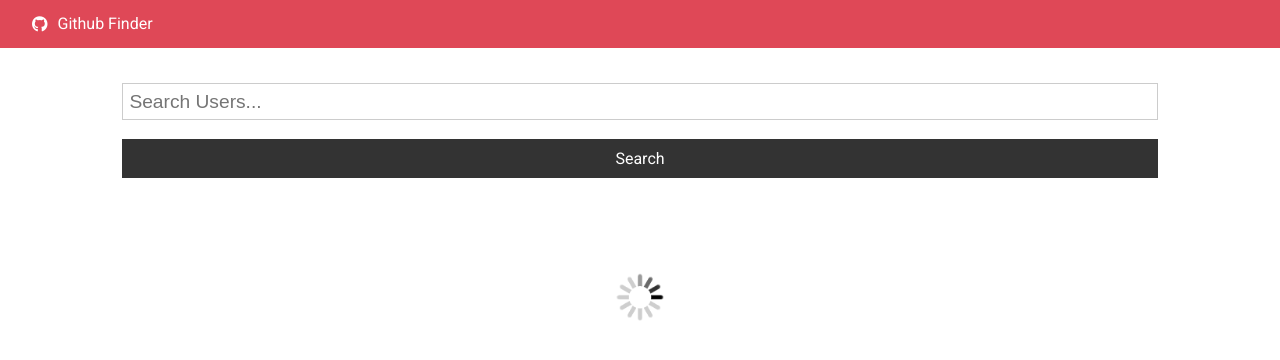
Repository: priyavmehta/Github-Finder
Page: /about
These files come from the project's save history. The page is drawn as it stood at one moment and after the next save; the edit follows.
The browser window is 1280 px wide. The pictures show the whole page.
The page's requests for data from a server got no answer. Some web libraries are served in a nearby version. The project was rebuilt for these pictures with package versions that can differ from the ones it lists, and the page was loaded fresh each time. No one was signed in, and anything a server would have sent is missing. Also part of the build but not shown: src/components/users/UserProfile.js, src/components/layout/Alert.js.

Above is the page before, as saved 2020-07-04 20:55:20.

### public/index.html
<!DOCTYPE html>
<html lang="en">
  <head>
    <meta charset="utf-8" />
    <link rel="icon" href="%PUBLIC_URL%/favicon.ico" />
    <meta name="viewport" content="width=device-width, initial-scale=1" />
    <meta name="theme-color" content="#000000" />
    <meta
      name="description"
      content="Web site created using create-react-app"
    />
    <link rel="apple-touch-icon" href="%PUBLIC_URL%/logo192.png" />
    <!--
      manifest.json provides metadata used when your web app is installed on a
      user's mobile device or desktop. See https://developers.google.com/web/fundamentals/web-app-manifest/
    -->
    <link rel="manifest" href="%PUBLIC_URL%/manifest.json" />
    <script src="https://kit.fontawesome.com/c3f9cf1e2c.js" crossorigin="anonymous"></script>

    <title>Github Finder</title>
  </head>
  <body>
    <noscript>You need to enable JavaScript to run this app.</noscript>
    <div id="root"></div>

  </body>
</html>

### src/App.js
import React,{ Component } from 'react';
import './App.css';
import Navbar from './components/layout/Navbar';
import Users from './components/users/Users';
import axios from 'axios'
import Search from './components/users/Search';
import Alert from './components/layout/Alert';


class App extends Component {

  state = {
    users : [],
    loading : false,
    clear : false,
    alert : null
  }

  async componentDidMount () {

    this.setState({
      loading : true
    })
    const res = await axios.get(`https://api.github.com/users?client_id=${process.env.REACT_APP_GITHUB_CLIENT_ID}&client_secret=${process.env.REACT_APP_GITHUB_CLIENT_SECRET}`);
    this.setState({
      users : res.data,
      loading : false
    })
  }

  searchUsers = async (text) => {

    this.setState({
      loading : true
    })
    const res = await axios.get(`https://api.github.com/search/users?q=${text}&client_id=${process.env.REACT_APP_GITHUB_CLIENT_ID}&client_secret=${process.env.REACT_APP_GITHUB_CLIENT_SECRET}`);
    this.setState({
      users : res.data.items,
      loading : false,
      clear : true
    })
    console.log(text)
  }

  clearUsers = async () => {

    this.setState({
      loading : true
    })
    const res = await axios.get(`https://api.github.com/users?client_id=${process.env.REACT_APP_GITHUB_CLIENT_ID}&client_secret=${process.env.REACT_APP_GITHUB_CLIENT_SECRET}`);
    this.setState({
      users : res.data,
      loading : false,
      clear : false
    })

  }

  setAlert = (msg, type) =>{
    this.setState ({ alert : { msg, type } })

    setTimeout (() => this.setState({ alert : null}), 5000)
  }

  render() {
    const { users, loading, clear } = this.state;

    return (
      <div className="App">
        <Navbar />

        <div className="container">
          <Alert alert = {this.state.alert}/>
          <Search
           searchUsers = {this.searchUsers}
           clearUsers = {this.clearUsers}
           showClear = {clear}
           setAlert = {this.setAlert}/>
          <Users loading = {loading} users = {users} />
        </div>
      </div>
    );
  }
}

export default App;

### src/App.css
@import url("https://fonts.googleapis.com/css?family=Roboto");

/* Global Styles */
:root {
  --primary-color: #dc3545;
  --dark-color: #333333;
  --light-color: #f4f4f4;
  --danger-color: #dc3545;
  --success-color: #28a745;
}

* {
  box-sizing: border-box;
  margin: 0;
  padding: 0;
}

body {
  font-family: "Roboto", sans-serif;
  font-size: 1rem;
  line-height: 1.6;
  background-color: #fff;
  color: #333;
}

a {
  color: var(--primary-color);
  text-decoration: none;
}

a:hover {
  color: #666;
}

ul {
  list-style: none;
}

img {
  width: 100%;
}

/* Utilities */
.container {
  max-width: 1100px;
  margin: auto;
  overflow: hidden;
  padding: 0 2rem;
}

/* Text Styles*/
.x-large {
  font-size: 4rem;
  line-height: 1.2;
  margin-bottom: 1rem;
}

.large {
  font-size: 3rem;
  line-height: 1.2;
  margin-bottom: 1rem;
}

.lead {
  font-size: 1.5rem;
  margin-bottom: 1rem;
}

.text-center {
  text-align: center;
}

.text-primary {
  color: var(--primary-color);
}

.text-dark {
  color: var(--dark-color);
}

.text-success {
  color: var(--success-color);
}

.text-danger {
  color: var(--danger-color);
}

.text-center {
  text-align: center;
}

.text-right {
  text-align: right;
}

.text-left {
  text-align: left;
}

/* Center All */
.all-center {
  display: flex;
  flex-direction: column;
  width: 100%;
  margin: auto;
  justify-content: center;
  align-items: center;
  text-align: center;
}

/* Cards */
.card {
  padding: 1rem;
  border: #ccc 1px dotted;
  margin: 0.7rem 0;
}

/* List */
.list {
  margin: 0.5rem 0;
}

.list li {
  padding-bottom: 0.3rem;
}

/* Padding */
.p {
  padding: 0.5rem;
}
.p-1 {
  padding: 1rem;
}
.p-2 {
  padding: 2rem;
}
.p-3 {
  padding: 3rem;
}
.py {
  padding: 0.5rem 0;
}
.py-1 {
  padding: 1rem 0;
}
.py-2 {
  padding: 2rem 0;
}
.py-3 {
  padding: 3rem 0;
}

/* Margin */
.m {
  margin: 0.5rem;
}
.m-1 {
  margin: 1rem;
}
.m-2 {
  margin: 2rem;
}
.m-3 {
  margin: 3rem;
}
.my {
  margin: 0.5rem 0;
}
.my-1 {
  margin: 1rem 0;
}
.my-2 {
  margin: 2rem 0;
}
.my-3 {
  margin: 3rem 0;
}

/* Grid */
.grid-2 {
  display: grid;
  grid-template-columns: repeat(2, 1fr);
  grid-gap: 1rem;
}

.grid-3 {
  display: grid;
  grid-template-columns: repeat(3, 1fr);
  grid-gap: 1rem;
}

.grid-4 {
  display: grid;
  grid-template-columns: repeat(4, 1fr);
  grid-gap: 1rem;
}

.btn {
  display: inline-block;
  background: var(--light-color);
  color: #333;
  padding: 0.4rem 1.3rem;
  font-size: 1rem;
  border: none;
  cursor: pointer;
  margin-right: 0.5rem;
  transition: opacity 0.2s ease-in;
  outline: none;
}

.btn-link {
  background: none;
  padding: 0;
  margin: 0;
}

.btn-block {
  display: block;
  width: 100%;
}

.btn-sm {
  font-size: 0.8rem;
  padding: 0.3rem 1rem;
  margin-right: 0.2rem;
}

.badge {
  display: inline-block;
  font-size: 0.8rem;
  padding: 0.2rem 0.7rem;
  text-align: center;
  margin: 0.3rem;
  background: var(--light-color);
  color: #333;
  border-radius: 5px;
}

.alert {
  padding: 0.7rem;
  margin: 1rem 0;
  opacity: 0.9;
  background: var(--light-color);
  color: #333;
}

.btn-primary,
.bg-primary,
.badge-primary,
.alert-primary {
  background: var(--primary-color);
  color: #fff;
}

.btn-light,
.bg-light,
.badge-light,
.alert-light {
  background: var(--light-color);
  color: #333;
}

.btn-dark,
.bg-dark,
.badge-dark,
.alert-dark {
  background: var(--dark-color);
  color: #fff;
}

.btn-danger,
.bg-danger,
.badge-danger,
.alert-danger {
  background: var(--danger-color);
  color: #fff;
}

.btn-success,
.bg-success,
.badge-success,
.alert-success {
  background: var(--success-color);
  color: #fff;
}

.btn-white,
.bg-white,
.badge-white,
.alert-white {
  background: #fff;
  color: #333;
  border: #ccc solid 1px;
}

.btn:hover {
  opacity: 0.8;
}

.bg-light,
.badge-light {
  border: #ccc solid 1px;
}

.round-img {
  border-radius: 50%;
}

/* Forms */
input {
  margin: 1.2rem 0;
}

.form-text {
  display: block;
  margin-top: 0.3rem;
  color: #888;
}

input[type="text"],
input[type="email"],
input[type="password"],
input[type="date"],
select,
textarea {
  display: block;
  width: 100%;
  padding: 0.4rem;
  font-size: 1.2rem;
  border: 1px solid #ccc;
}

input[type="submit"],
button {
  font: inherit;
}

table th,
table td {
  padding: 1rem;
  text-align: left;
}

table th {
  background: var(--light-color);
}

/* Navbar */
.navbar {
  display: flex;
  justify-content: left;
  align-items: center;
  padding: 0.7rem 2rem;
  z-index: 1;
  width: 100%;
  opacity: 0.9;
  margin-bottom: 1rem;
}

.navbar ul {
  display: flex;
}

.navbar a {
  color: #fff;
  padding: 0.45rem;
  margin: 0 0.25rem;
}

.navbar a:hover {
  color: var(--light-color);
}

.navbar .welcome span {
  margin-right: 0.6rem;
}

/* Mobile Styles */
@media (max-width: 700px) {
  .hide-sm {
    display: none;
  }

  .grid-2,
  .grid-3,
  .grid-4 {
    grid-template-columns: 1fr;
  }

  /* Text Styles */
  .x-large {
    font-size: 3rem;
  }

  .large {
    font-size: 2rem;
  }

  .lead {
    font-size: 1rem;
  }

  /* Navbar */
  .navbar {
    display: block;
    text-align: center;
  }

  .navbar ul {
    text-align: center;
    justify-content: center;
  }
}

### src/components/layout/Navbar.js
import React from 'react'
import PropTypes from 'prop-types'

const Navbar = ({icon, title}) => {

    return (
        <nav className = "navbar bg-primary">
            <i className ={icon} style = {{marginRight : 10 + 'px'}}/>
            {title}
        </nav>
    )
}

Navbar.defaultProps = {
    title : "Github Finder",
    icon : "fab fa-github"
};

Navbar.propTypes = {
    title : PropTypes.string.isRequired,
    icon : PropTypes.string.isRequired
};

export default Navbar

### src/components/users/Users.js
import React from 'react';
import UserProfile from './UserProfile';
import Spinner from '../layout/Spinner';
import PropTypes from 'prop-types'

const Users = ({ users, loading }) => {

    if (loading) {
        return <Spinner />
    } else {
        return (
            <div style = {userStyle}>
                {users.map(user => (
                    <UserProfile key = {user.id} user = {user} />
                ))}
            </div>
        );
    }
}

Users.propTypes = {
    users : PropTypes.array.isRequired,
    loading : PropTypes.bool.isRequired,
}

const userStyle = {
    display: 'grid',
    gridTemplateColumns: 'repeat(3, 1fr)',
    gridGap: '1rem'
}

export default Users

### src/components/users/Search.js
import React, { Component } from 'react'
import PropTypes from 'prop-types'

class Search extends Component {

    state = {
        text : ''
    }

    onSubmit = (event) => {
        event.preventDefault()
        if (this.state.text === ''){
            this.props.setAlert('Please enter something', 'light')
        } else {
            this.props.searchUsers(this.state.text)
            this.setState({ text : '' })
        }
    }

    changeValue = (event) => {
        this.setState ({
            text : event.target.value
        })
    }

    static propTypes = {
        searchUsers : PropTypes.func.isRequired,
        clearUsers : PropTypes.func.isRequired,
        showClear : PropTypes.bool.isRequired,
        setAlert : PropTypes.func.isRequired,
    }

    render() {
        return (
            <div>
                <form className = "form" onSubmit = {this.onSubmit}>
                    <input
                     type = "text"
                     name = "text"
                     placeholder = "Search Users..."
                     value = {this.state.text}
                     onChange = {this.changeValue}/>
                    <input
                     type = "submit"
                     value = "Search"
                     className = "btn btn-dark btn-block" />
                </form>
                {
                    this.props.showClear &&
                    (<button className = "btn btn-block btn-light" onClick = {this.props.clearUsers}>Clear</button>)
                }
            </div>
        )
    }
}

export default Search

### src/components/layout/Spinner.js
import React, { Fragment } from "react";
import spinner from "./spinner.gif";

const Spinner = () => (
  <Fragment>
    <img
      src={spinner}
      alt='Loading...'
      style={{ width: "200px", margin: "auto", display: "block" }}
    ></img>
  </Fragment>
);

export default Spinner;

Loaded but not shown: src/index.js (common file)

After the next save:
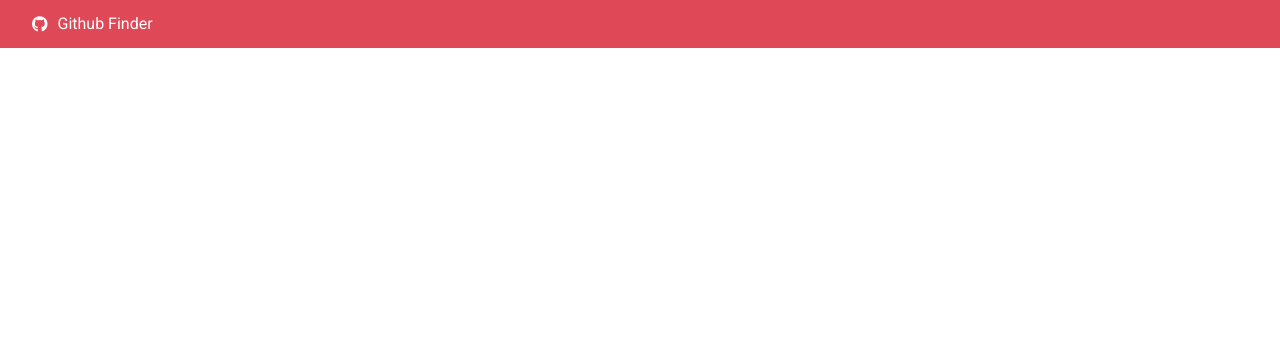
Saved 20 min 51 s later.
--- a/src/App.js
+++ b/src/App.js
@@ -1,4 +1,5 @@
-import React,{ Component } from 'react';
+import React,{ Component, Fragment } from 'react';
+import { BrowserRouter as Router, Switch, Route } from 'react-router-dom'
 import './App.css';
 import Navbar from './components/layout/Navbar';
 import Users from './components/users/Users';
@@ -66,19 +67,27 @@
     const { users, loading, clear } = this.state;
 
     return (
-      <div className="App">
-        <Navbar />
+      <Router>
+        <div className="App">
+          <Navbar />
 
-        <div className="container">
-          <Alert alert = {this.state.alert}/>
-          <Search
-           searchUsers = {this.searchUsers}
-           clearUsers = {this.clearUsers}
-           showClear = {clear}
-           setAlert = {this.setAlert}/>
-          <Users loading = {loading} users = {users} />
+          <div className="container">
+            <Alert alert = {this.state.alert}/>
+            <Switch>
+              <Route exact path = '/' render = {props =>(
+                <Fragment>
+                  <Search
+                    searchUsers = {this.searchUsers}
+                    clearUsers = {this.clearUsers}
+                    showClear = {clear}
+                    setAlert = {this.setAlert}/>
+                  <Users loading = {loading} users = {users} />
+                </Fragment>
+              )} />
+            </Switch>
+          </div>
         </div>
-      </div>
+      </Router>
     );
   }
 }
